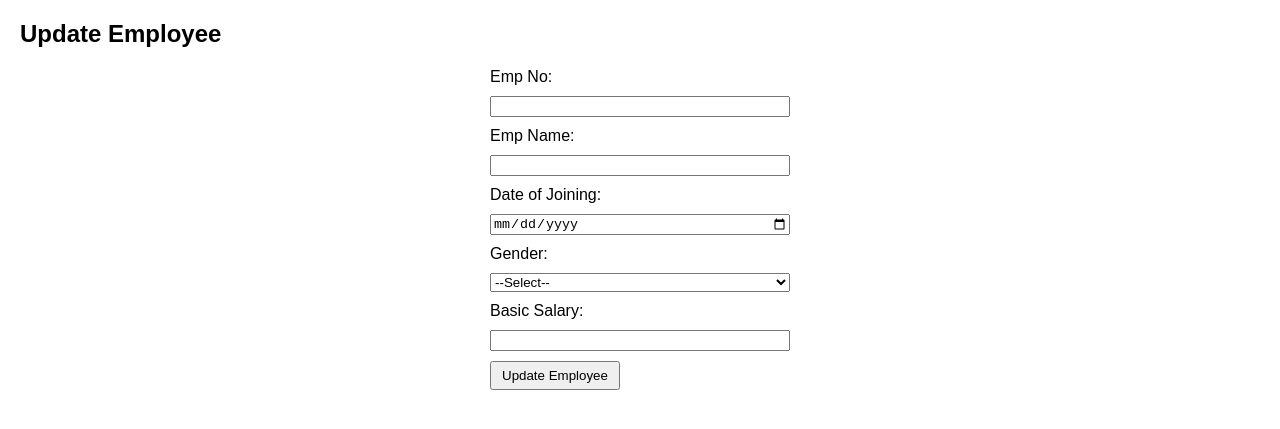
Repository: sweekrithishetty28/Employee_Salary_Management
Page: http://localhost/EmployeeWebApp/empupdate.jsp
An editor plug-in stored every save of this project. The page is shown before and after the next save, followed by the edit.
The browser window is 1280 px wide. The pictures show the whole page.
The page is served by Tomcat 9.

Above is the page before, as saved 2025-05-25 09:23:24.

After the next save:
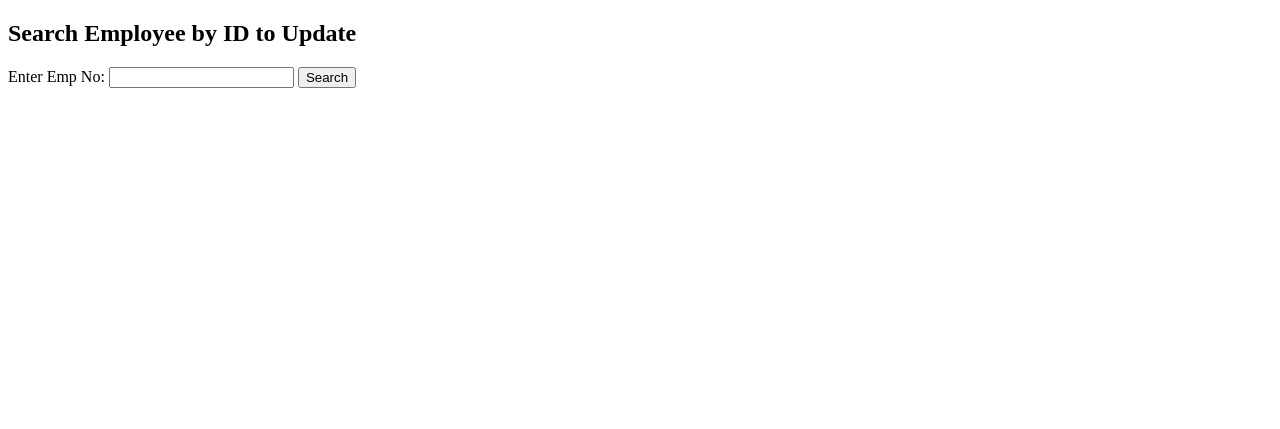
Saved 19 s later.
--- a/Employee Salary Mangement/EmployeeWebApp/src/main/webapp/empupdate.jsp
+++ b/Employee Salary Mangement/EmployeeWebApp/src/main/webapp/empupdate.jsp
@@ -1,42 +1,54 @@
+<%@ page import="com.model.Employee, com.dao.EmployeeDAO" %>
 <%@ page language="java" contentType="text/html; charset=UTF-8" %>
+<!DOCTYPE html>
 <html>
 <head>
     <title>Update Employee</title>
-    <style>
-        body { font-family: Arial; margin: 20px; }
-        form { width: 300px; margin: auto; }
-        label, input, select { display: block; width: 100%; margin-bottom: 10px; }
-        input[type="submit"] { width: auto; padding: 5px 10px; }
-        .message { color: green; }
-        .error { color: red; }
-    </style>
 </head>
 <body>
-    <h2>Update Employee</h2>
-    <form action="updateEmployee" method="post">
-        <label>Emp No:</label>
-        <input type="number" name="empno" required />
 
-        <label>Emp Name:</label>
-        <input type="text" name="empname" required />
+<h2>Search Employee by ID to Update</h2>
+<form method="get">
+    <label>Enter Emp No:</label>
+    <input type="number" name="id" required>
+    <input type="submit" value="Search">
+</form>
 
-        <label>Date of Joining:</label>
-        <input type="date" name="doj" required />
+<%
+    String idParam = request.getParameter("id");
+    if (idParam != null) {
+        try {
+            int empId = Integer.parseInt(idParam);
+            Employee emp = EmployeeDAO.getEmployeeById(empId);
 
+            if (emp != null) {
+%>
+    <h3>Update Employee</h3>
+    <form action="UpdateEmployee" method="post">
+        <input type="hidden" name="id" value="<%= emp.getId() %>"><br>
+        <label>Name:</label>
+        <input type="text" name="name" value="<%= emp.getName() %>" required><br>
+        <label>Joining Date:</label>
+        <input type="date" name="doj" value="<%= emp.getDoj() %>" required><br>
         <label>Gender:</label>
-        <select name="gender" required>
-            <option value="">--Select--</option>
-            <option value="Male">Male</option>
-            <option value="Female">Female</option>
-        </select>
+        <select name="gender">
+            <option value="Male" <%= "Male".equals(emp.getGender()) ? "selected" : "" %>>Male</option>
+            <option value="Female" <%= "Female".equals(emp.getGender()) ? "selected" : "" %>>Female</option>
+        </select><br>
+        <label>Basic Salary:</label>
+        <input type="number" name="salary" step="0.01" value="<%= emp.getSalary() %>" required><br>
+        <input type="submit" value="Update Employee">
+    </form>
+<%
+            } else {
+                out.println("<p style='color:red;'>Employee not found!</p>");
+            }
+        } catch (Exception e) {
+            out.println("<p style='color:red;'>Error: " + e.getMessage() + "</p>");
+            e.printStackTrace();
+        }
+    }
+%>
 
-        <label>Basic Salary:</label>
-        <input type="number" name="bsalary" step="0.01" required />
-
-        <input type="submit" value="Update Employee" />
-    </form>
-
-    <div class="message"><%= request.getAttribute("message") != null ? request.getAttribute("message") : "" %></div>
-    <div class="error"><%= request.getAttribute("error") != null ? request.getAttribute("error") : "" %></div>
 </body>
 </html>
